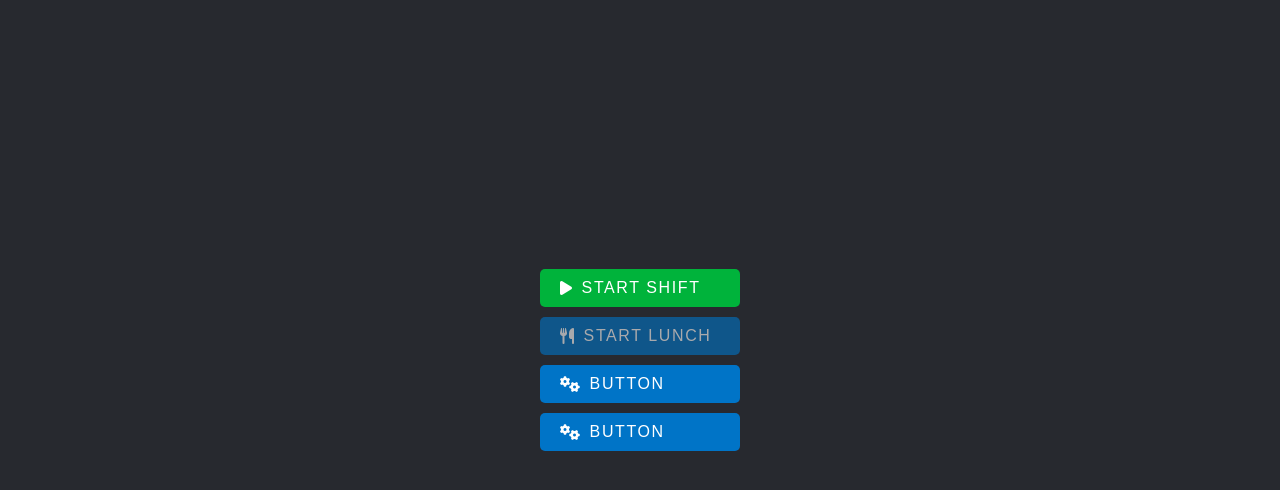
Repository: Philip-Rogers/button-state
Page: index.html
The author's editor kept a copy of each file at every save. The page is drawn from the files as they stood at one save, then again after the next save.
The browser window is 1280 px wide. The pictures show the whole page.

Above is the page before, as saved 2024-08-14 21:43:23.

After the next save:
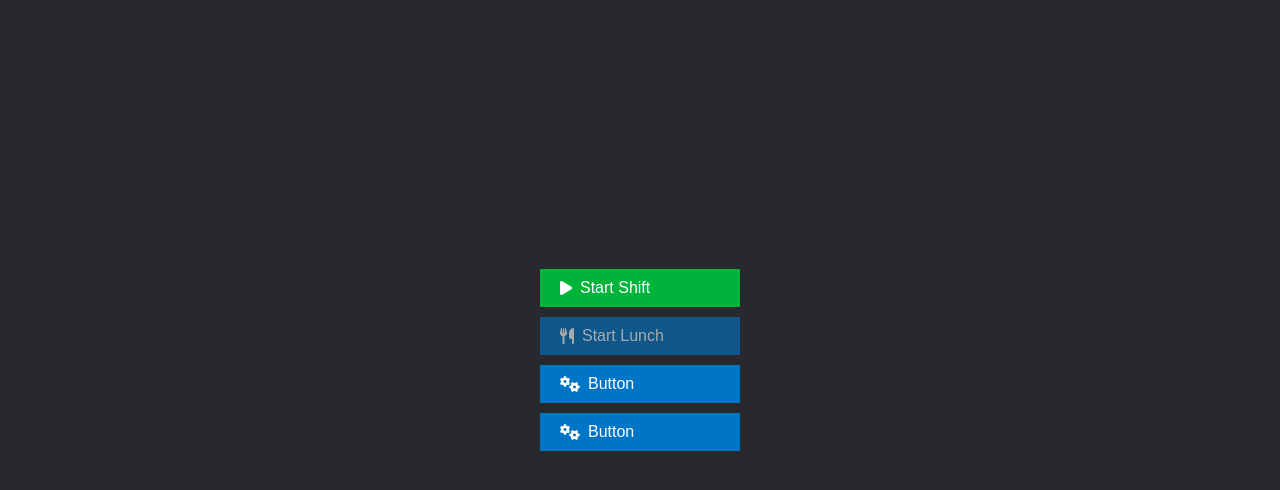
Saved 14 s later.
--- a/index.css
+++ b/index.css
@@ -25,19 +25,14 @@
     /* Prevent scrolling */
 }
 
-button {
-    font-size: 1.25em;
-    display: block;
-    border-radius: 5px;
-    background-color: hsl(140, 100%, 35%);
-    color: hsl(354, 70%, 100%);
-    padding: 1em 1.25em;
-    width: 300px;
-    cursor: pointer;
-    border: none;
-    text-transform: uppercase;
-    letter-spacing: 0.1em;
-    transition: all .2s ease-in-out;
+.button-container {
+    display: flex;
+    flex-direction: column;
+    align-items: center;
+    justify-content: center;
+    gap: 10px;
+    /* Ensure the container takes up full viewport height */
+    height: 100%;
 }
 
 #shiftButton i {

After the save that followed:
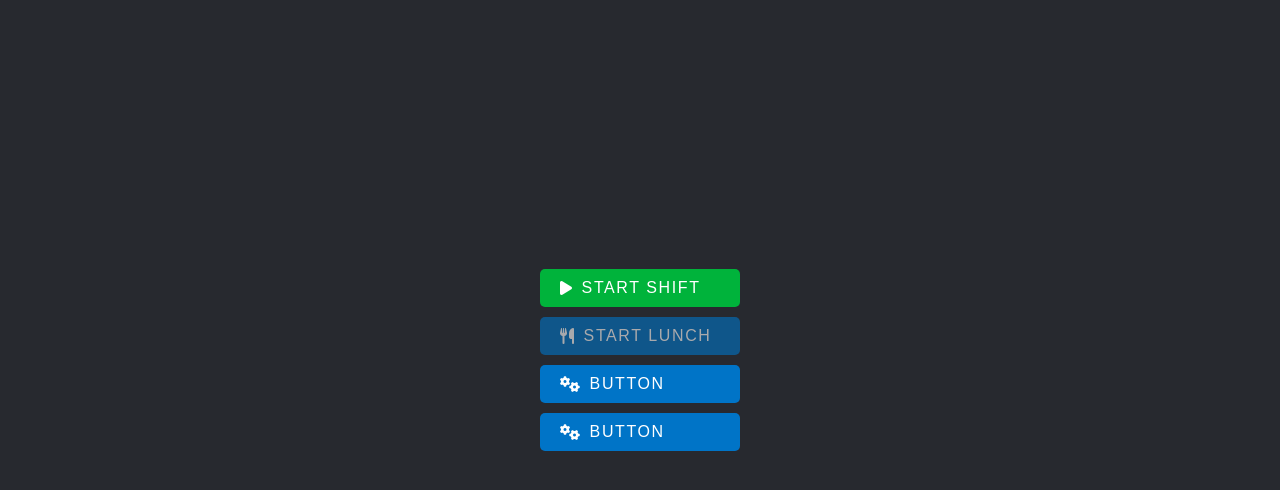
Saved 4 s later.
--- a/index.css
+++ b/index.css
@@ -25,14 +25,19 @@
     /* Prevent scrolling */
 }
 
-.button-container {
-    display: flex;
-    flex-direction: column;
-    align-items: center;
-    justify-content: center;
-    gap: 10px;
-    /* Ensure the container takes up full viewport height */
-    height: 100%;
+button {
+    font-size: 1.25em;
+    display: block;
+    border-radius: 5px;
+    background-color: hsl(140, 100%, 35%);
+    color: hsl(354, 70%, 100%);
+    padding: 1em 1.25em;
+    width: 300px;
+    cursor: pointer;
+    border: none;
+    text-transform: uppercase;
+    letter-spacing: 0.1em;
+    transition: all .2s ease-in-out;
 }
 
 #shiftButton i {
